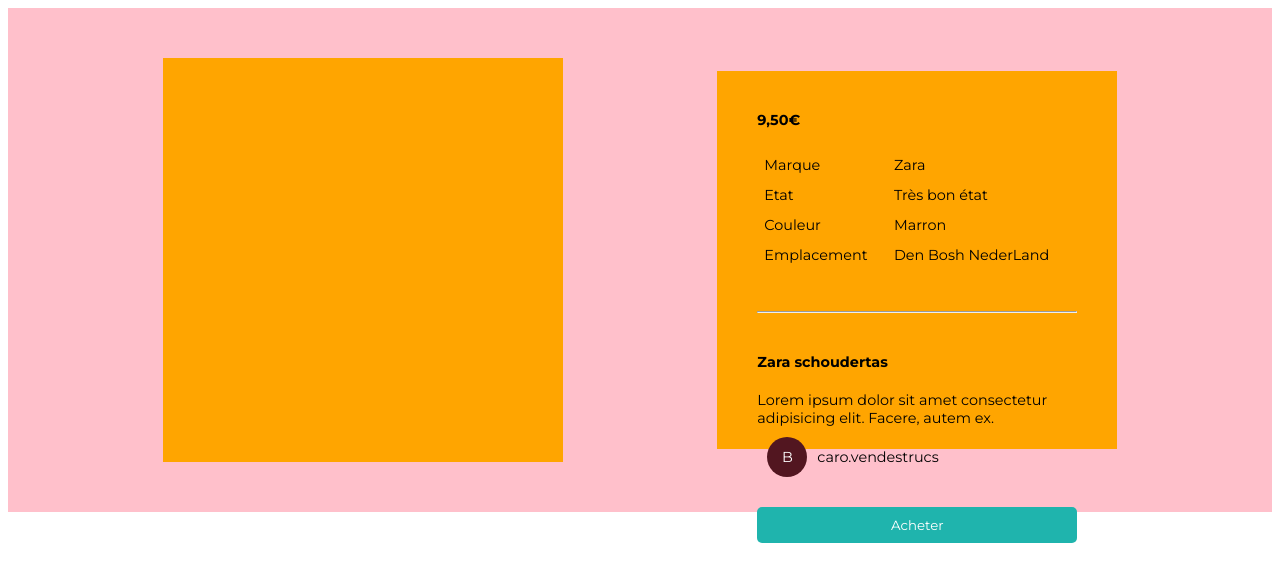
Repository: mel-in-a/vinted-front-clone
Page: html/offer.html
These files come from the project's save history. The page is drawn as it stood at one moment and after the next save; the edit follows.
The browser window is 1280 px wide. The pictures show the whole page.

Above is the page before, as saved 2021-07-29 16:55:59.

After the next save:
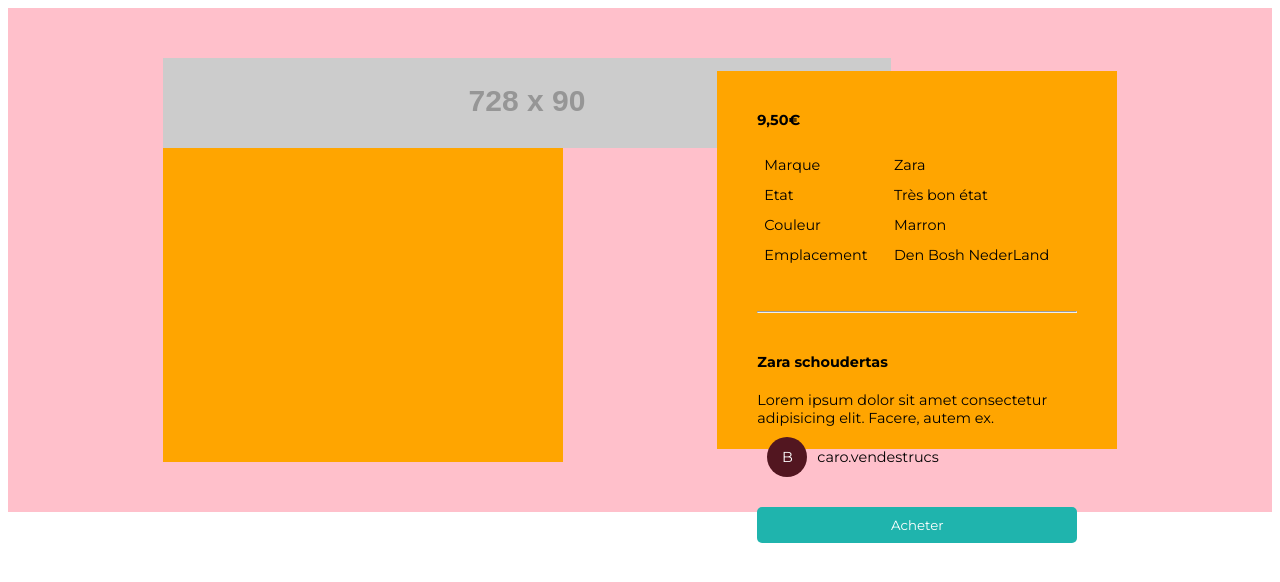
Saved 45 s later.
--- a/html/offer.html
+++ b/html/offer.html
@@ -15,7 +15,9 @@
   </head>
   <body>
     <div class="offer">
-      <div class="left"><img src="" alt=""></div>
+      <div class="left"><img src="https://via.placeholder.com/728x90.png
+
+        C/O https://placeholder.com/" alt=""></div>
       <div class="right">
         <div class="price">9,50€</div>
 
